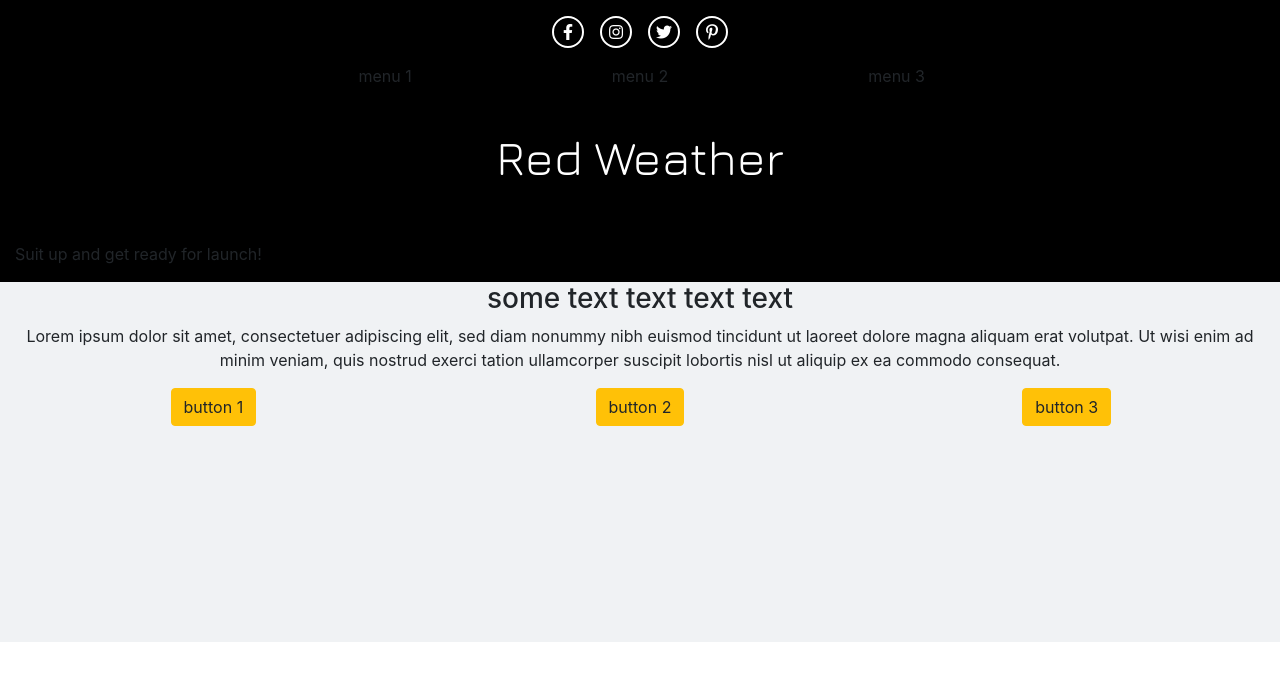
Repository: romqrq/Red-Planet-Explorer
Page: index.html
The author's editor kept a record of every edit. The page is drawn from the files as they stood at one moment, then again after the next edit.
The browser window is 1280 px wide. The pictures show the whole page.
The page's requests for data from a server got no answer. Some web fonts or font styles are not loaded; a fallback is used. Some web libraries are served in a nearby version.

Above is the page before.

### index.html
<!DOCTYPE html>
<html lang="en">

<head>
    <meta charset="UTF-8">
    <meta name="viewport" content="width=device-width, initial-scale=1.0">
    <meta http-equiv="X-UA-Compatible" content="ie=edge">
    <title>Red Weather</title>
    <link rel="stylesheet" href="https://cdnjs.cloudflare.com/ajax/libs/font-awesome/5.10.2/css/all.min.css" type="text/css" />
    <link rel="stylesheet" href="https://stackpath.bootstrapcdn.com/bootstrap/4.3.1/css/bootstrap.min.css" crossorigin="anonymous">
    <link rel="stylesheet" href="assets/css/style.css" type="text/css" />

    <!--<script type="text/javascript" src="assets/js/main.js"></script>-->
    <script type="text/javascript" src="assets/js/main2.js"></script>

</head>

<body>
    <header>
        <div class="container-fluid" style="background-color:black">
            <div class="row social-row">
                <div class="col-12 social-col">
                    <i class="fab fa-facebook-f round-border"></i>
                    <i class="fab fa-instagram round-border"></i>
                    <i class="fab fa-twitter round-border"></i>
                    <i class="fab fa-pinterest-p round-border"></i>
                </div>
            </div>
            <div class="row" role="navigation">
                <a class="col-4 text-right main-text-light" href="#">menu 1</a>
                <a class="col-4 text-center main-text-light" href="#">menu 2</a>
                <a class="col-4 text-left main-text-light" href="#">menu 3</a>
            </div>
            <hr class="hr-divider">
            <div class="row">
                <div class="col-12 text-center">
                    <p class="main-title">Red Weather</p>
                </div>
            </div>
            <hr class="hr-divider">
            <div class="row">
                <div class="col-12">
                    <p class="main-text-light">Suit up and get ready for launch!</p>
                </div>
            </div>
            <!--<div class="row">-->
            <!--    <div class=navbar>-->
            <!--        <ul class="navbar-nav">-->
            <!--            <li class="nav-item">-->
            <!--                <a href="#" class="nav-link">menu button 1</a>-->
            <!--            </li>-->
            <!--            <li class="nav-item">-->
            <!--                <a href="#" class="nav-link">menu button 2</a>-->
            <!--            </li>-->
            <!--            <li class="nav-item">-->
            <!--                <a href="#" class="nav-link">menu button 3</a>-->
            <!--            </li>-->
            <!--        </ul>-->
            <!--    </div>-->
            <!--</div>-->
        </div>
        <!--<nav class="navbar navbar-expand-md navbar-dark bg-blue">-->
        <!-- Brand -->
        <!--    <a class="brand-text" href="#"><span class="NE-text">RW</span> | Red Weather</a>-->

        <!-- Toggler/collapsibe Button -->
        <!--    <button class="navbar-toggler" type="button" data-toggle="collapse" data-target="#collapsibleNavbar">-->
        <!--        <span class="navbar-toggler-icon"></span>-->
        <!--    </button>-->

        <!-- Navbar links -->
        <!--    <div class="collapse navbar-collapse" id="collapsibleNavbar">-->
        <!--        <ul class="navbar-nav">-->
        <!--            <li class="nav-item">-->
        <!--                <a class="nav-link" href="#">Link</a>-->
        <!--            </li>-->
        <!--            <li class="nav-item">-->
        <!--                <a class="nav-link" href="#">Link</a>-->
        <!--            </li>-->
        <!--            <li class="nav-item">-->
        <!--                <a class="nav-link" href="#">Link</a>-->
        <!--            </li>-->
        <!--        </ul>-->
        <!--    </div>-->
        <!--</nav>-->
    </header>
    <section class="callout">
        <div class="container-fluid text-center align-middle">
            <div>
                <h3>some text text text text</h3>
                <p>Lorem ipsum dolor sit amet, consectetuer adipiscing elit, sed diam nonummy nibh euismod tincidunt ut laoreet dolore magna aliquam erat volutpat. Ut wisi enim ad minim veniam, quis nostrud exerci tation ullamcorper suscipit lobortis nisl
                    ut aliquip ex ea commodo consequat.</pp>
            </div>
            <div class="row">
                <div class="col-4">
                    <button class="btn btn-warning">button 1</button>
                </div>
                <div class="col-4">
                    <button class="btn btn-warning">button 2</button>
                </div>
                <div class="col-4">
                    <button class="btn btn-warning">button 3</button>
                </div>
            </div>
        </div>

    </section>
    <div id="data"></div>
    <footer>

    </footer>
    <script src="https://code.jquery.com/jquery-3.3.1.slim.min.js" integrity="sha384-q8i/X+965DzO0rT7abK41JStQIAqVgRVzpbzo5smXKp4YfRvH+8abtTE1Pi6jizo" crossorigin="anonymous"></script>
    <script src="https://cdnjs.cloudflare.com/ajax/libs/popper.js/1.14.7/umd/popper.min.js" integrity="sha384-UO2eT0CpHqdSJQ6hJty5KVphtPhzWj9WO1clHTMGa3JDZwrnQq4sF86dIHNDz0W1" crossorigin="anonymous"></script>
    <script src="https://stackpath.bootstrapcdn.com/bootstrap/4.3.1/js/bootstrap.min.js" integrity="sha384-JjSmVgyd0p3pXB1rRibZUAYoIIy6OrQ6VrjIEaFf/nJGzIxFDsf4x0xIM+B07jRM" crossorigin="anonymous"></script>

</body>

</html>

### assets/css/style.css
/*General*/

@import url('https://fonts.googleapis.com/css?family=Revalia|Roboto:400,500|Jura:300,400,500&display=swap');

a {
    text-decoration: none;
    color: inherit;

}

.bg-blue {
    background-color: #01479e;
}

.callout {
    background-color: #e9ecefb0;
    height: 50vh;
}

.no-side-padding {
    padding-left: 0;
    padding-right: 0;
}

.social-row {
    padding: 1rem;
}

.social-col {
    flex-direction: row;
    display: flex;
    justify-content: center;
}

.round-border {
    border-radius: 50%;
    height: 2rem;
    border: 2px solid white;
    width: 2rem;
    justify-content: center;
    display: flex;
    line-height: 1.8rem;
    color: white;
    margin: 0 0.5rem;
}

.menu-button {
    color: white;
    font-family: "Jura", "Revalia";
    font-weight: 500;
    font-size: 1.3rem;
}

.main-title {
    font-family: "Revalia", "Jura";
    font-size: 3rem;
    color: white;
}

### assets/js/main2.js
var xhr = new XMLHttpRequest();


// xhr.open("GET", "https://api.worldbank.org/V2/incomeLevel/LIC/country");
// xhr.open("GET", "https://api.worldbank.org/v2/indicator");
// xhr.open("GET", "https://api.data.unicef.org/SDMX/rest/");
xhr.open("GET", "https://api.nasa.gov/insight_weather/?api_key=unJZiQapXhyZamSl37P8FEh7Zlssi7xmaIF4l95b&feedtype=json&ver=1.0");

xhr.send();


xhr.onreadystatechange = function() {
    if (this.readyState == 4 && this.status == 200) {
        console.log(this.responseText);
    }
};

// xhr.onreadystatechange = function() {
//     if (this.readyState == 4 && this.status == 200) {
//         document.getElementById("data").innerHTML = this.responseText;
//     }
// };

After the next edit:
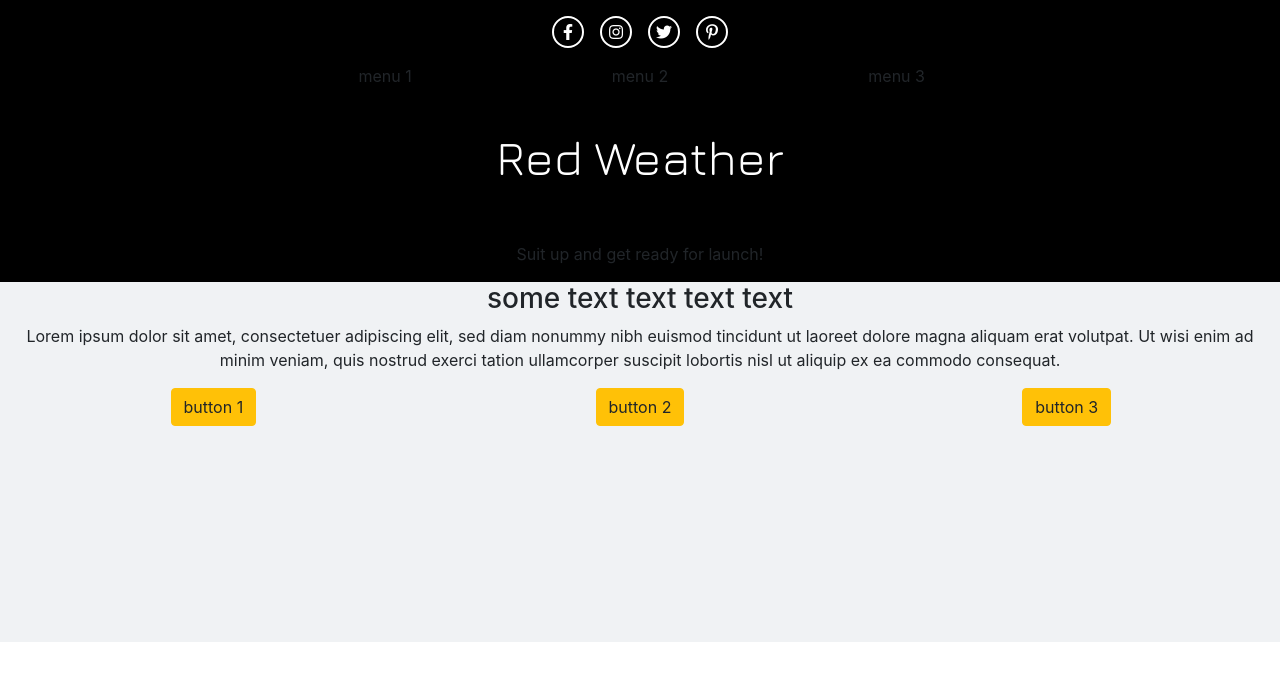
The edit:
--- a/index.html
+++ b/index.html
@@ -40,7 +40,7 @@
             <hr class="hr-divider">
             <div class="row">
                 <div class="col-12">
-                    <p class="main-text-light">Suit up and get ready for launch!</p>
+                    <p class="main-text-light text-center">Suit up and get ready for launch!</p>
                 </div>
             </div>
             <!--<div class="row">-->
